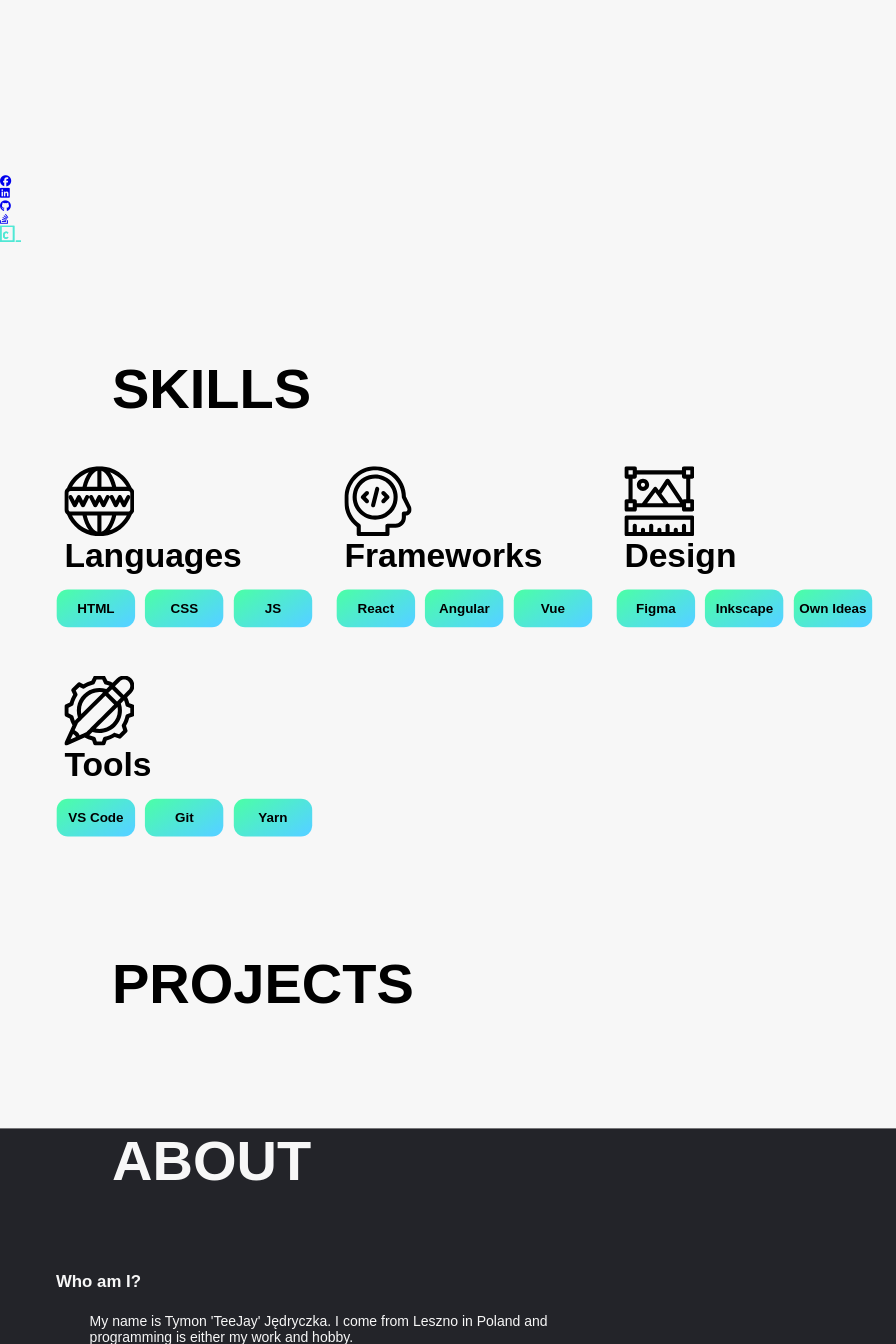
Repository: TeeJaysDev/Portfolio
Page: index.html
The author's editor kept a copy of each file at every save. The page is drawn from the files as they stood at one save, then again after the next save.
The browser window is 1280 px wide. The pictures show the part of the page from y = 830 to 2750 px (the page is 3505 px tall before and 3561 px after), at 70% of full size.
Some web libraries are served in a nearby version.

Above is the page before, as saved 2021-05-04 13:40:42.

After the next save:
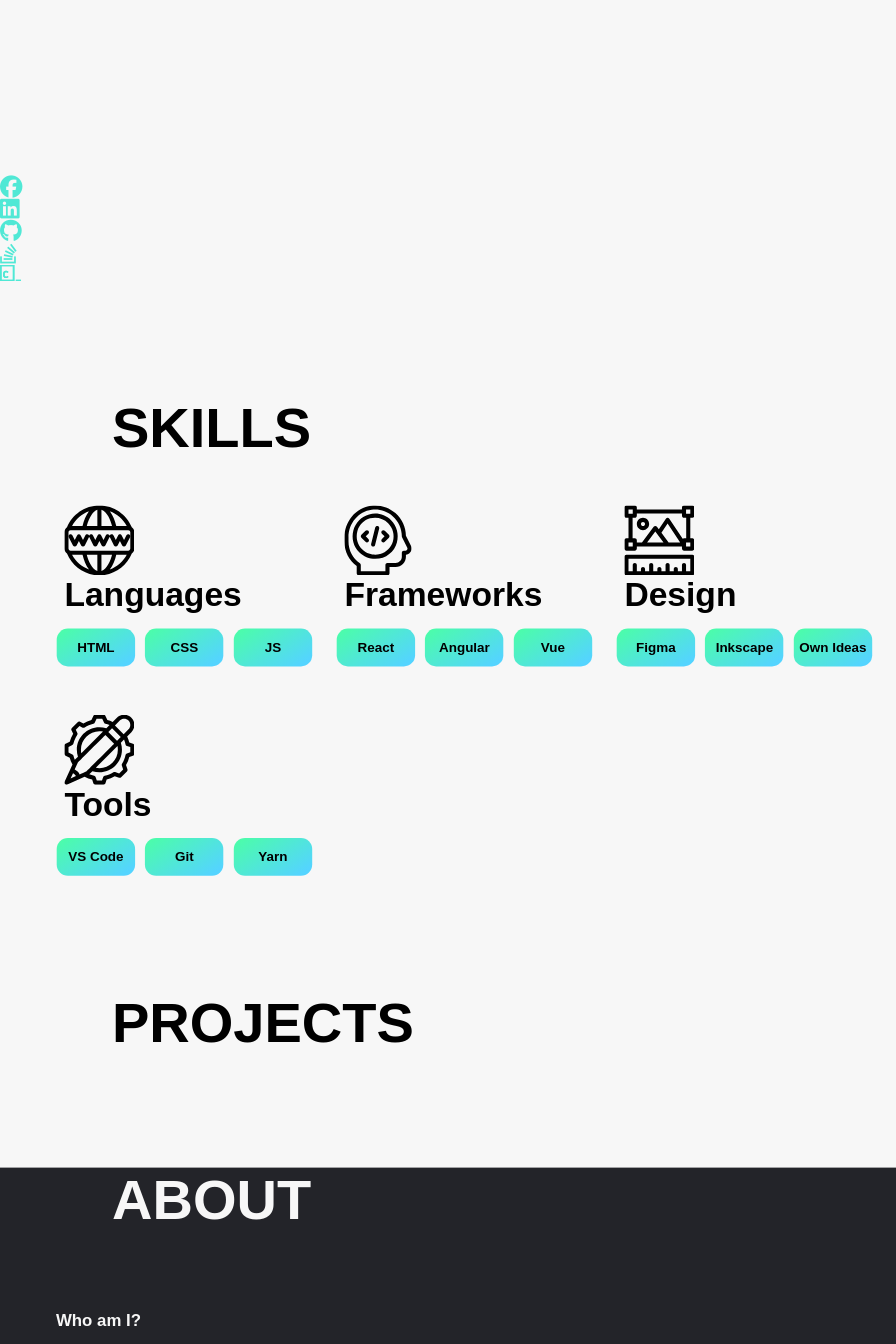
Saved 6 s later.
--- a/style.css
+++ b/style.css
@@ -60,7 +60,7 @@ header h1 strong {
     font-size: 2.5rem;
 }
 
-footer .fab {
+.fab {
     color: #50E8D5;
     font-size: 2rem;
 }

After the 5 saves that followed:
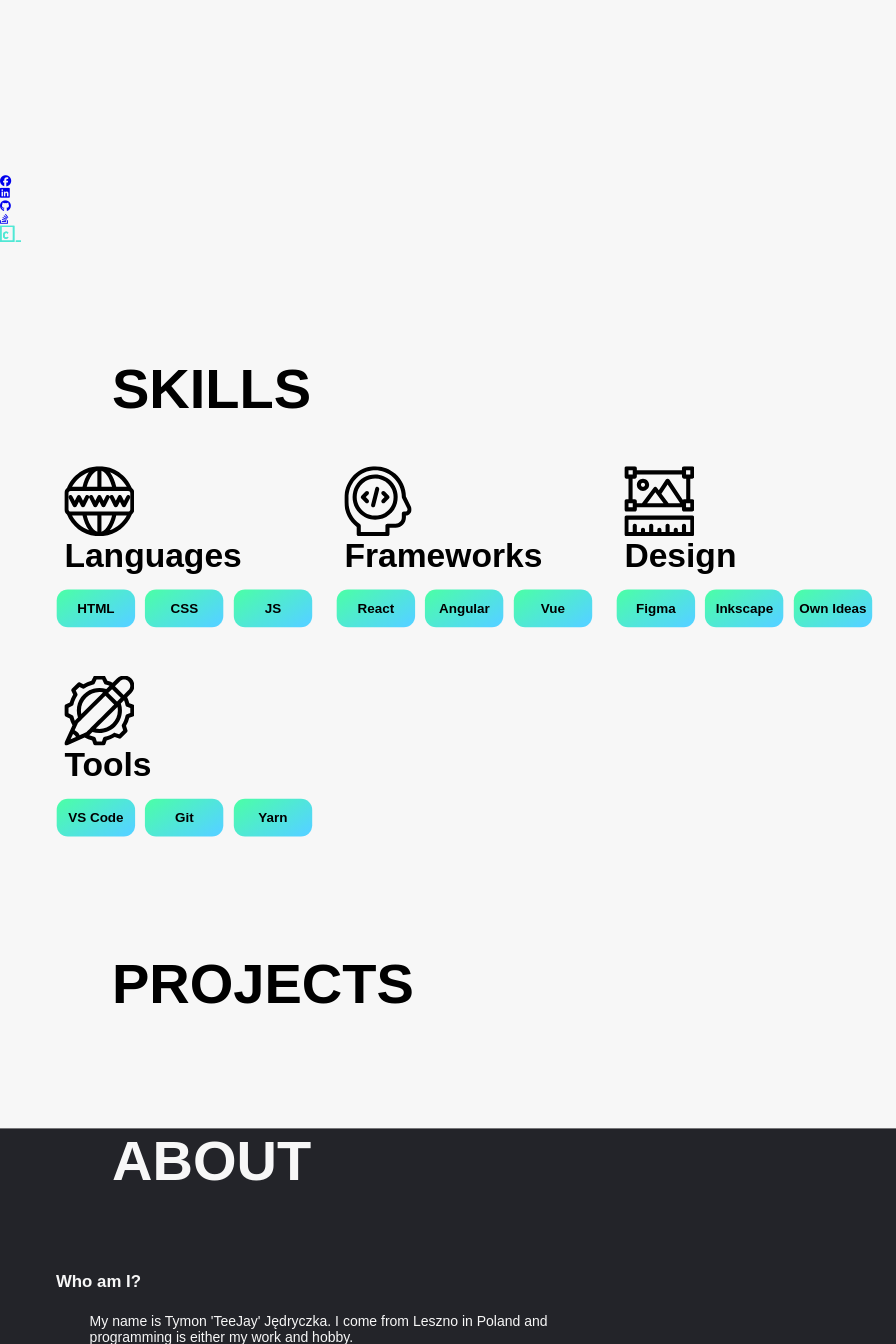
The 5 saves are shown as one change because 1 left the picture as it was and some came seconds apart.
The last was saved 19 s later.
--- a/style.css
+++ b/style.css
@@ -60,7 +60,7 @@ header h1 strong {
     font-size: 2.5rem;
 }
 
-.fab {
+welcome_part.fab {
     color: #50E8D5;
     font-size: 2rem;
 }
